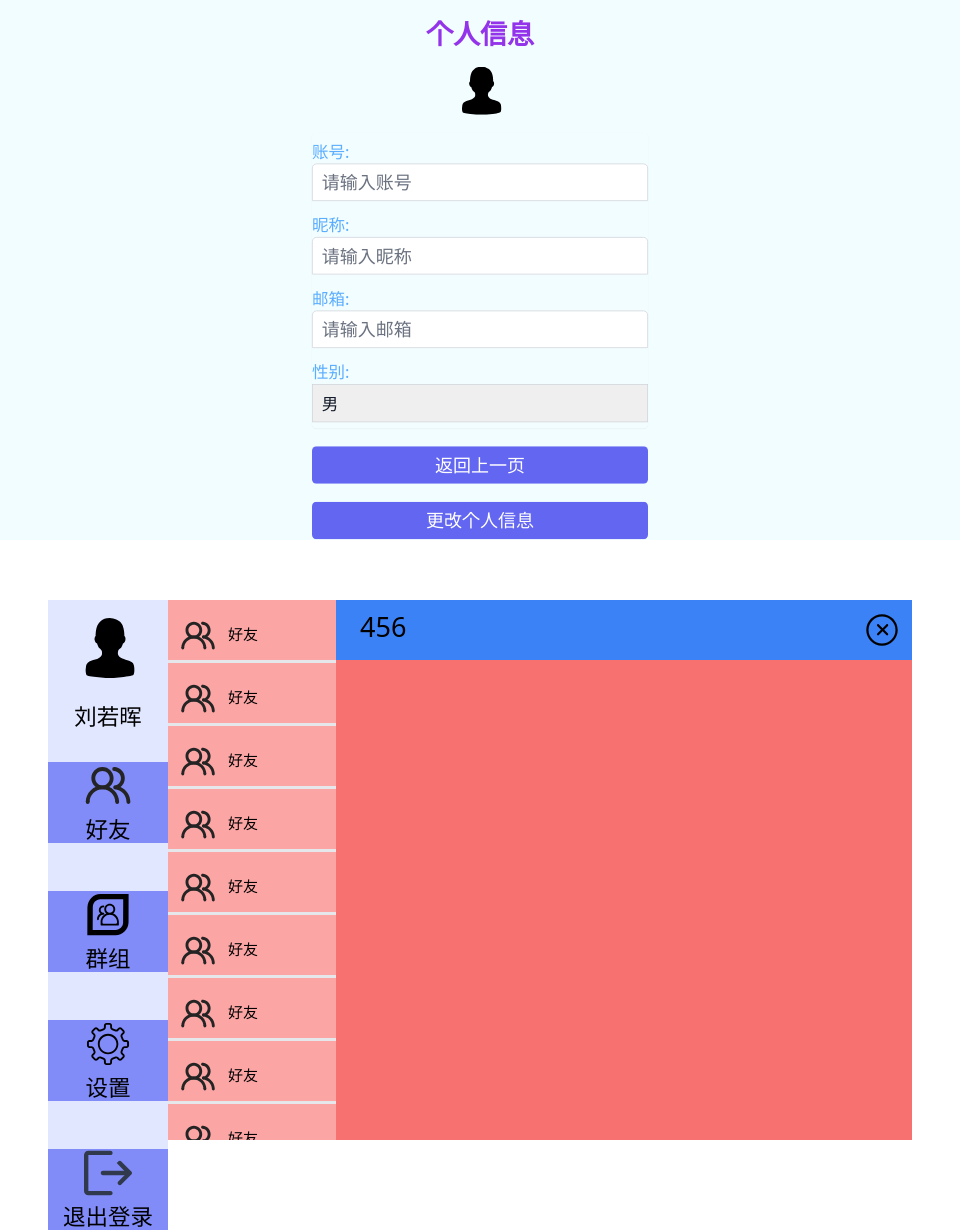
Repository: LiuRuohui/test_the_tailwindcss
Page: /
An editor plug-in stored every save of this project. The page is shown before and after the next save, followed by the edit.
The browser window is 1280 px wide. The pictures show the whole page, at 75% of full size.
The project was rebuilt for these pictures with package versions that can differ from the ones it lists, and the page was loaded fresh each time. Also part of the build but not shown: vite.config.js, src/components/WelcomingPage.vue, src/components/HelloWorld.vue.

Above is the page before, as saved 2022-03-14 21:19:24.

### src/App.vue
<script setup>
import WelcomingPage from "./components/WelcomingPage.vue"
import RegisterPage from "./components/RegisterPage.vue"
import LoginPage from "./components/LoginPage.vue";
import ForgetPasswd from "./components/ForgetPasswd.vue";
import HelloWorld from "./components/HelloWorld.vue";
import UpdateInformation from "./components/UpdateInformation.vue";
import ShowInformation from "./components/ShowInformation.vue";
import MainPage from "./components/MainPage.vue";
</script>

<template>
<!--<WelcomingPage class="page"></WelcomingPage>
<RegisterPage class="page"></RegisterPage>
<LoginPage class="page"></LoginPage>
<ForgetPasswd class="page"></ForgetPasswd>
<UpdateInformation class="page"></UpdateInformation>  -->
<ShowInformation class="page"></ShowInformation>
<MainPage class="page"></MainPage>

</template>

<style>
.page{
    height: 100vh;
    background-color:hsla(190, 100%, 95%, 0.5)
}
</style>

### src/index.css
@tailwind base;
@tailwind components;
.inputFrame {
    @apply appearance-none rounded-none relative block w-full px-3 py-2 border border-gray-300 placeholder-gray-500 text-gray-900
}

.inputFrame:focus {
    @apply outline-none border-indigo-500 z-10 inline-block px-5 py-3 rounded-lg shadow-lg
}

.btn {
    @apply relative flex w-full justify-center py-2 border border-transparent font-medium rounded-md text-white bg-indigo-500
}

.btn:hover {
    @apply bg-indigo-700
}

.btn:focus {
    @apply outline-none ring-2 ring-offset-2 ring-indigo-400
}

@tailwind utilities;
@layer components {
    .card {
        background-color: theme('colors.blue.500');
        border-radius: theme('borderRadius.lg');
        padding: theme('spacing.6');
        box-shadow: theme('boxShadow.xl');
    }
    /* ... */
}

### src/components/RegisterPage.vue
<template>
<div class="flex items-center justify-center py-8 sm:px-6 lg:px-8">
    <div class="sm:max-w-xl sm:object-center sm:object-cover w-full mt-4">
        <div>
            <h2 class="mt-6 text-center sm:text-4xl font-extrabold text-purple-600">注册</h2>
        </div>
        <div class="object-center mt-4">
            <img class="h-16 w-1/2 mx-auto" src="../assets/用户.svg" alt="这里有一张图片">
        </div>
    <div>
      <div class="rounded-md shadow-sm sm:text-xl">
        <div class="py-2 font">
          <label for="account">账号:</label>
          <input id="account" name="account" type="account" autocomplete="name" required class="inputFrame rounded-t-md  sm:text-xl" placeholder="请输入账号">
        </div>
        <div class="py-2 font">
          <label for="passwd">密码:</label>
          <input id="passwd" name="passwd" type="password" autocomplete="current-password" required class="inputFrame rounded-b-md  sm:text-xl" placeholder="请输入密码">
        </div>
        <div class="py-2 font">
          <label for="passwd">再次输入密码:</label>
          <input id="repeated-passwd" name="repeated-passwd" type="password" autocomplete="current-password" required class="inputFrame rounded-b-md sm:text-xl" placeholder="请再次输入密码">
        </div>
      </div>

      <div class="flex items-center justify-between mt-4">
        <div class="text-sm sm:text-xl">
          <a href="#" class="font-medium text-indigo-800 hover:text-indigo-500 opacity-80" @click="seeFunctions"> 查看我们的功能 </a>
        </div>
        <div class="flex items-center">
          <input id="remember-me" name="remember-me" type="checkbox" class="h-4 w-4 text-indigo-600 focus:ring-indigo-500 border-gray-300 rounded">
          <label for="remember-me" class="ml-2 block sm:text-xl text-gray-600 opacity-80"> 同意隐私协议 </label>
        </div>
      </div>
      <div class="sm:text-xl sm:mt-8">
        <input value="重置" type="reset" @click="reset" class="btn group sm:text-2xl text-center">
        <br>
        <input @click="submit" type="submit" class="btn group sm:text-2xl"><br>
      </div>
    </div>
    </div>
</div>
</template>

<script setup>
function submit(){
  let name = document.getElementById("passwd").value
  let repeated_name = document.getElementById("repeated-passwd").value
  if(name !== repeated_name){
    alert('两次密码不一致！')
  }else {
    alert('提交数据注册 注册成功返回警示框 注册失败返回原因')
  }
}

function seeFunctions(){
  alert("See functions")
}

function reset() {
  var confirmation = confirm('确定要重置数据吗？')
  if(confirmation == true){
    alert('你表单没了')
  }
}

</script>

<style>
.font{
  color:hsla(210, 100%, 60%, 0.8)
}
</style>

### src/components/LoginPage.vue
<template>
<div class="min-h-full flex items-center justify-center py-12 px-4 sm:px-6 lg:px-8">
  <div class="max-w-md w-full">
    <div>
      <h2 class="mt-6 text-center sm:text-4xl font-extrabold text-purple-600">登录</h2>
    </div>
    <div class="object-center sm:mt-8">
            <img class="h-16 w-1/2 mx-auto" src="../assets/用户.svg" alt="这里有一张图片">
        </div>
    <div class="space-y-6">
      <input type="hidden" name="remember" value="true">
      <div class="rounded-md shadow-sm">
        <div class="py-2 font">
          <label for="account">账号:</label>
          <input id="account" name="account" type="account" autocomplete="name" required class="inputFrame rounded-t-md  sm:text-xl" placeholder="请输入账号">
        </div>
        <div class="py-2 font">
          <label for="passwd">密码:</label>
          <input id="passwd" name="passwd" type="password" autocomplete="current-password" required class="inputFrame rounded-b-md  sm:text-xl" placeholder="请输入密码">
        </div>
      </div>

      <div class="flex items-center justify-between">
        <div class="flex items-center">
          <input id="remember-me" name="remember-me" type="checkbox" class="h-4 w-4 text-indigo-600 focus:ring-indigo-500 border-gray-300 rounded">
          <label for="remember-me" class="ml-2 block text-sm sm:text-2xl text-gray-600 opacity-90"> 记住我</label>
        </div>

        <div class="text-sm">
          <a href="#" class="font-medium sm:text-2xl text-indigo-400 hover:text-indigo-500"> 忘记密码? </a>
        </div>
      </div>

      <div>
        <button @click="submit" class="btn group sm:text-2xl">
          登录
        </button>
      </div>
    </div>
  </div>
</div>
</template>

<script setup>
function submit(){
  alert('登录')
}

</script>

<style>
.font{
  color:hsla(210, 100%, 60%, 0.8);
  font-size: 22px;
}
</style>

### src/components/ForgetPasswd.vue
<template>
<div class="flex items-center justify-center py-12 px-4 sm:px-6 lg:px-8c">
    <div class="sm:max-w-xl sm:object-center sm:object-cover w-full space-y-8">
        <div>
            <h2 class="mt-6 text-center sm:text-3xl font-extrabold text-purple-600">忘记密码</h2>
        </div>
        <div>
            <img class="h-16 w-1/2 mx-auto" src="../assets/用户.svg" alt="这里有一张图片">
        </div>
      <div class="rounded-md shadow-sm sm:text-xl">
        <div class="py-4 font">
          <label for="email-address sm:text-2xl">邮箱</label>
          <input id="email-address" name="email" type="email" autocomplete="email" required class="inputFrame rounded-t-md  sm:text-2xl" placeholder="请输入邮箱">
        </div>
      </div>
      <div class="sm:text-2xl sm:mt-8">
          <button @click="sendEmail" class="btn group sm:text-2xl">确认</button>
      </div>
    </div>
</div>
</template>

<script setup>
function sendEmail(){
    var name = document.getElementById("email-address").value;
    if(!isEmail(name)){
        alert('邮箱格式不正确！请重新输入！')
    }else{
        var confirmation = confirm('确认忘记密码？点击确认之后系统会将密码发到您的邮箱！')
        if(confirmation == true){
        alert('请查收邮箱！')
        }
    }
}
function isEmail(str){
    var reg = /^([a-zA-Z0-9_-])+@([a-zA-Z0-9_-])+(.[a-zA-Z0-9_-])+/
    return reg.test(str)
}
</script>

<style>
.font{
  color:hsla(210, 100%, 60%, 0.8)
}
</style>

### src/components/UpdateInformation.vue
<template>
<div class="min-h-full flex items-center justify-center py-8 px-4 sm:px-6 lg:px-8">
  <div class="max-w-md w-full">
    <div>
      <h2 class="mt-6 text-center sm:text-4xl font-extrabold text-purple-600">更改信息</h2>
    </div>
    <div class="mt-4">
        <img class="h-16 w-1/2 mx-auto" src="../assets/用户.svg" alt="这里有一张图片">
    </div>
    <div class="space-y-6">
      <input type="hidden" name="remember" value="true">
      <div class="rounded-md shadow-sm -space-y-px">
        <div class="pb-2 font">
          <label for="account">账号:</label>
          <input id="account" name="account" type="account" autocomplete="account" required class="inputFrame rounded-t-md  sm:text-2xl" placeholder="请输入账号">
        </div>
        <div class="py-2 font">
          <label for="nickname">昵称:</label>
          <input id="nickname" name="nickname" type="nickname" autocomplete="nickname" required class="inputFrame rounded-t-md  sm:text-2xl" placeholder="请输入昵称">
        </div>
        <div class="py-2 font">
          <label for="email-address">邮箱:</label>
          <input id="email-address" name="email" type="email" autocomplete="email" required class="inputFrame rounded-t-md  sm:text-2xl" placeholder="请输入邮箱">
        </div>
        <div class="py-2 font">
            <label for="sex">性别:</label>
            <select name="性别" class="inputFrame">
                <option value="male">男</option>
                <option value="female">女</option>
            </select>
        </div>
        <div class="py-2 font">
          <label for="passwd">密码:</label>
          <input id="passwd" name="passwd" type="password" autocomplete="current-password" required class="inputFrame rounded-b-md  sm:text-2xl" placeholder="请输入密码">
        </div>
        <div class="py-2 font">
          <label for="passwd">请再次输入密码:</label>
          <input id="passwd" name="passwd" type="password" autocomplete="current-password" required class="inputFrame rounded-b-md  sm:text-2xl" placeholder="请再次输入密码">
        </div>
      </div>

      <div>
        <button @click="submit" class="btn group sm:text-2xl">
          更改
        </button>
      </div>
    </div>
  </div>
</div>
</template>

<script setup>
function submit() {
  alert(123)
}
</script>

<style>
.font{
  color:hsla(210, 100%, 60%, 0.8);
  font-size: 22px;
}
</style>

### src/components/ShowInformation.vue
<template>
<div class="min-h-full flex items-center justify-center py-8 px-4 sm:px-6 lg:px-8">
  <div class="max-w-md w-full">
    <div>
      <h2 class="mt-6 text-center sm:text-4xl font-extrabold text-purple-600">个人信息</h2>
    </div>
    <div class="mt-6">
        <img class="h-16 w-1/2 mx-auto" src="../assets/用户.svg" alt="这里有一张图片">
    </div>
    <div class="space-y-6">
      <input type="hidden" name="remember" value="true">
      <div class="rounded-md shadow-sm -space-y-px">
        <div class="py-2 font">
          <label for="account">账号:</label>
          <input id="account" name="account" type="account" autocomplete="account" required class="inputFrame rounded-t-md  sm:text-2xl" placeholder="请输入账号">
        </div>
        <div class="py-2 font">
          <label for="nickname">昵称:</label>
          <input id="nickname" name="nickname" type="nickname" autocomplete="nickname" required class="inputFrame rounded-t-md  sm:text-2xl" placeholder="请输入昵称">
        </div>
        <div class="py-2 font">
          <label for="email-address">邮箱:</label>
          <input id="email-address" name="email" type="email" autocomplete="email" required class="inputFrame rounded-t-md  sm:text-2xl" placeholder="请输入邮箱">
        </div>
        <div class="py-2 font">
            <label for="sex">性别:</label>
            <select name="性别" class="inputFrame">
                <option value="male">男</option>
                <option value="female">女</option>
            </select>
        </div>
      </div>
      <div>
        <button @click="returnPage" class="btn group sm:text-2xl">
          返回上一页
        </button>
      </div>
      <div>
        <button @click="updateInformation" class="btn group sm:text-2xl">
          更改个人信息
        </button>
      </div>
    </div>
  </div>
</div>
</template>

<script setup>
function returnPage() {

}
function updateInformation() {

}
</script>

<style>
.font{
  color:hsla(210, 100%, 60%, 0.8);
  font-size: 22px;
}
</style>

### src/components/MainPage.vue
<template>
<div class="flex sm:mx-16 sm:my-20 sm:text-xl bg-indigo-100">
    <div class="sm:basis-40">
        <div class="grid grid-rows-3 sm:gap-6 gap-3 mt-2">
            <div class="row-span-2">
                <img src="../assets/用户.svg" alt="" class="my-2 sm:mt-4 h-20 w-2/3 mx-auto">
            </div>
            <div class="sm:text-3xl text-center m-auto">{{nickname}}</div>
            <div class="grid grid-rows-4 gap-16 bg-indigo-100 mt-4">
                <div class="bg-indigo-400" @click="gotoFriends">
                    <img src="../assets/好友.svg" alt="好友" class="h-16 m-auto">
                    <p class="sm:text-3xl text-xl text-center mt-2">好友</p>
                </div>
                <div class="bg-indigo-400" @click="gotoGroups">
                    <img src="../assets/群组.svg" alt="群组" class="h-16 m-auto">
                    <p class="sm:text-3xl text-xl text-center mt-2">群组</p>
                </div>
                <div class="bg-indigo-400" @click="settings">
                    <img src="../assets/设置.svg" alt="设置" class="h-16 m-auto">
                    <p class="sm:text-3xl text-xl text-center mt-2">设置</p>
                </div>
                <div class="bg-indigo-400" @click="Logout">
                    <img src="../assets/退出.svg" alt="退出" class="h-16 m-auto">
                    <p class="sm:text-3xl text-xl text-center mt-2">退出登录</p>
                </div>
            </div>
        </div>
    </div>

    <div class="sm:basis-56 bg-red-300 overflow-auto">
        <div v-for="friend in friends.name" class="my-4 sm:text-xl ">
            <img src="../assets/好友.svg" alt="好友" class="h-12 my-2 ml-4 inline-block">
            <span class="sm:text-xl p-4">好友</span>
            <hr class="border-2">
        </div>
    </div>

    <div class="flex-1 bg-red-400">
        <div class="bg-blue-500 h-20">
            <div class="sm:text-4xl float-left h-20 mt-4 ml-8">{{friends.name[1]}}</div>
            <div class="inline-block float-right"><img src="../assets/关闭按钮.svg" alt="关闭按钮" class="h-12 mt-4 mr-4"></div>
        </div>
        <div class="">

        </div>
    </div>
</div>
</template>

<script setup>
import {ref,reactive} from "vue"
const nickname = ref('刘若晖')

const friends = reactive({
    name:['123','456','789','','','','','','','','','','','','','','','','',''],
    message:[],
})

const groups = reactive({})

function settings(){
    alert('你点击了设置')
}

function gotoFriends(){
    alert('显示好友列表')
}

function gotoGroups(){
    alert('显示群组列表')
}

function Logout(){
    var choose = confirm('退出登录!')
    if(choose == true){
        alert('退出登录，返回登录界面')
    }else{
        alert('111')
    }
}
</script>

<style>

</style>

### tailwind.config.js
module.exports = {
    content: [
        "./index.html",
        "./src/**/*.{vue,js,ts,jsx,tsx}",
    ],
    theme: {
        extend: {},
    },
    variants: {
        backgroundColor: ['responsive', 'hover', 'focus', 'active']
    },
    plugins: [],
}

Loaded but not shown: index.html (common file); src/main.js (common file)

After the next save:
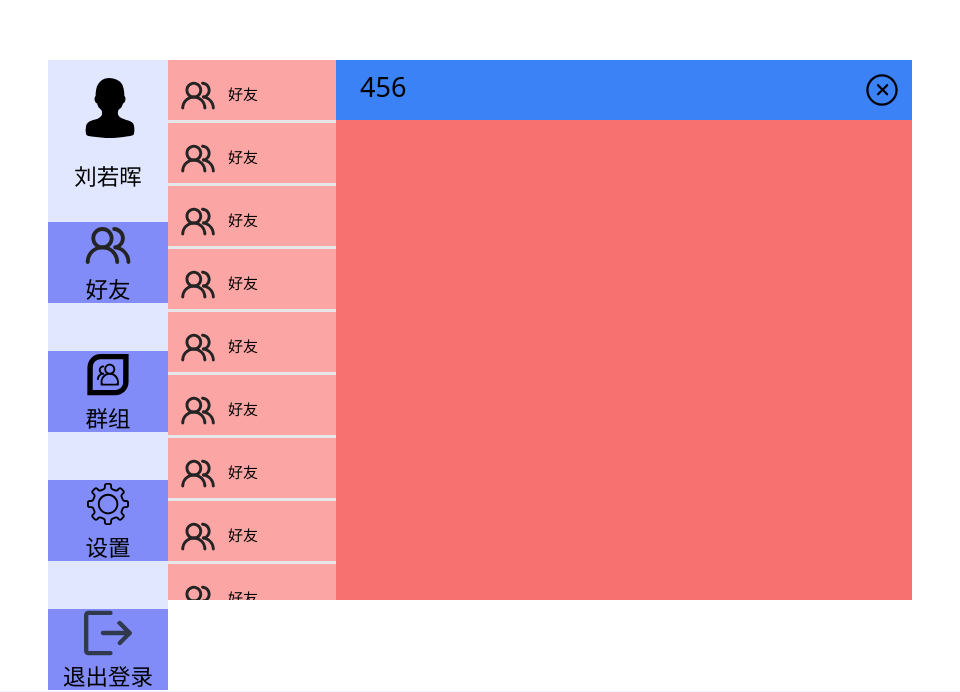
Saved 46 s later.
--- a/src/App.vue
+++ b/src/App.vue
@@ -14,8 +14,8 @@ import MainPage from "./components/MainPage.vue";
 <RegisterPage class="page"></RegisterPage>
 <LoginPage class="page"></LoginPage>
 <ForgetPasswd class="page"></ForgetPasswd>
-<UpdateInformation class="page"></UpdateInformation>  -->
-<ShowInformation class="page"></ShowInformation>
+<UpdateInformation class="page"></UpdateInformation>
+<ShowInformation class="page"></ShowInformation>  -->
 <MainPage class="page"></MainPage>
 
 </template>
